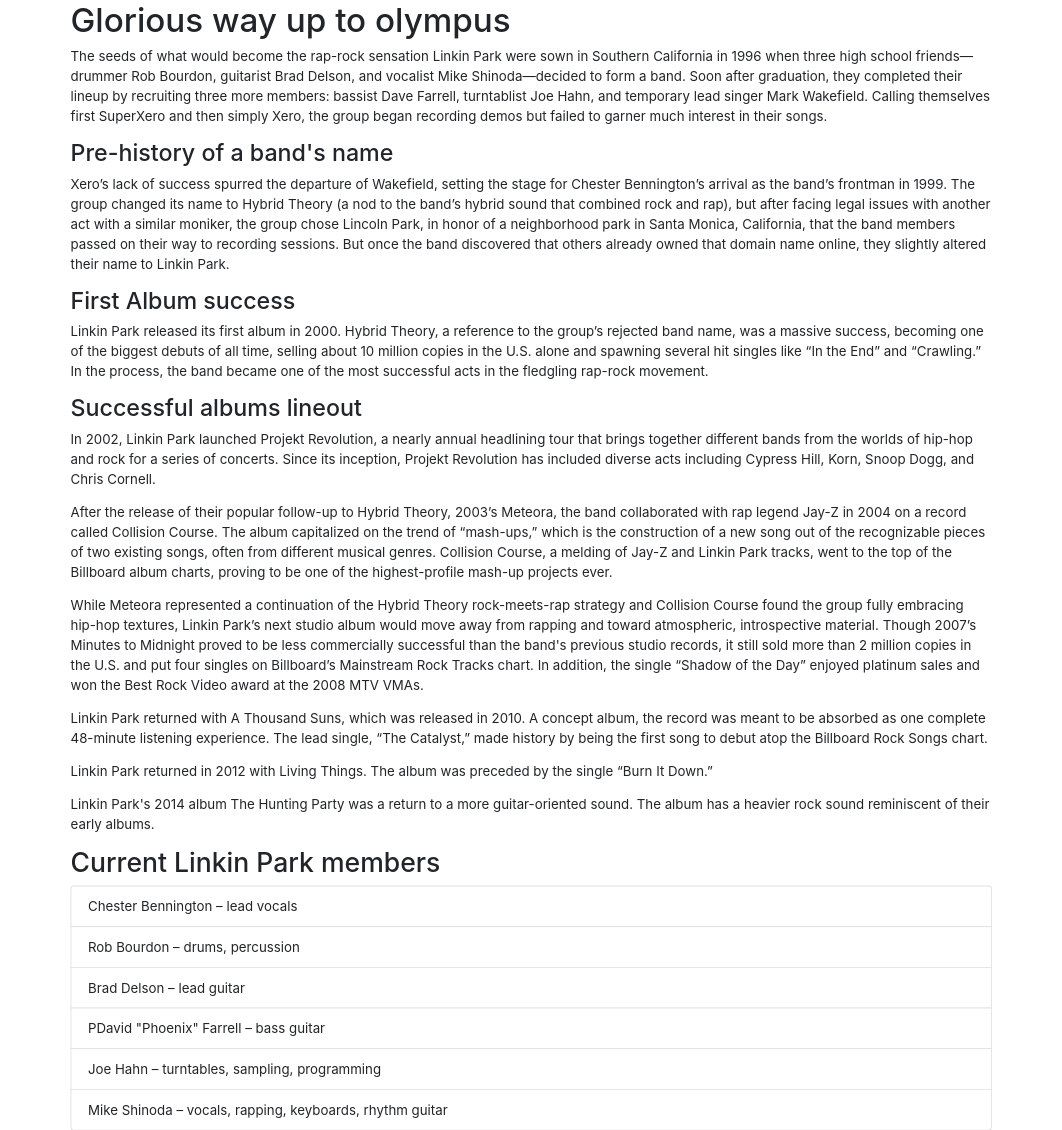
Repository: vaida898/website
Page: index.html
The author's editor kept a record of every edit. The page is drawn from the files as they stood at one moment, then again after the next edit.
The browser window is 1280 px wide. The pictures show the whole page, at 83% of full size.

Above is the page before.
Console error: TypeError: Cannot read properties of undefined (reading 'fn')

After the next edit:
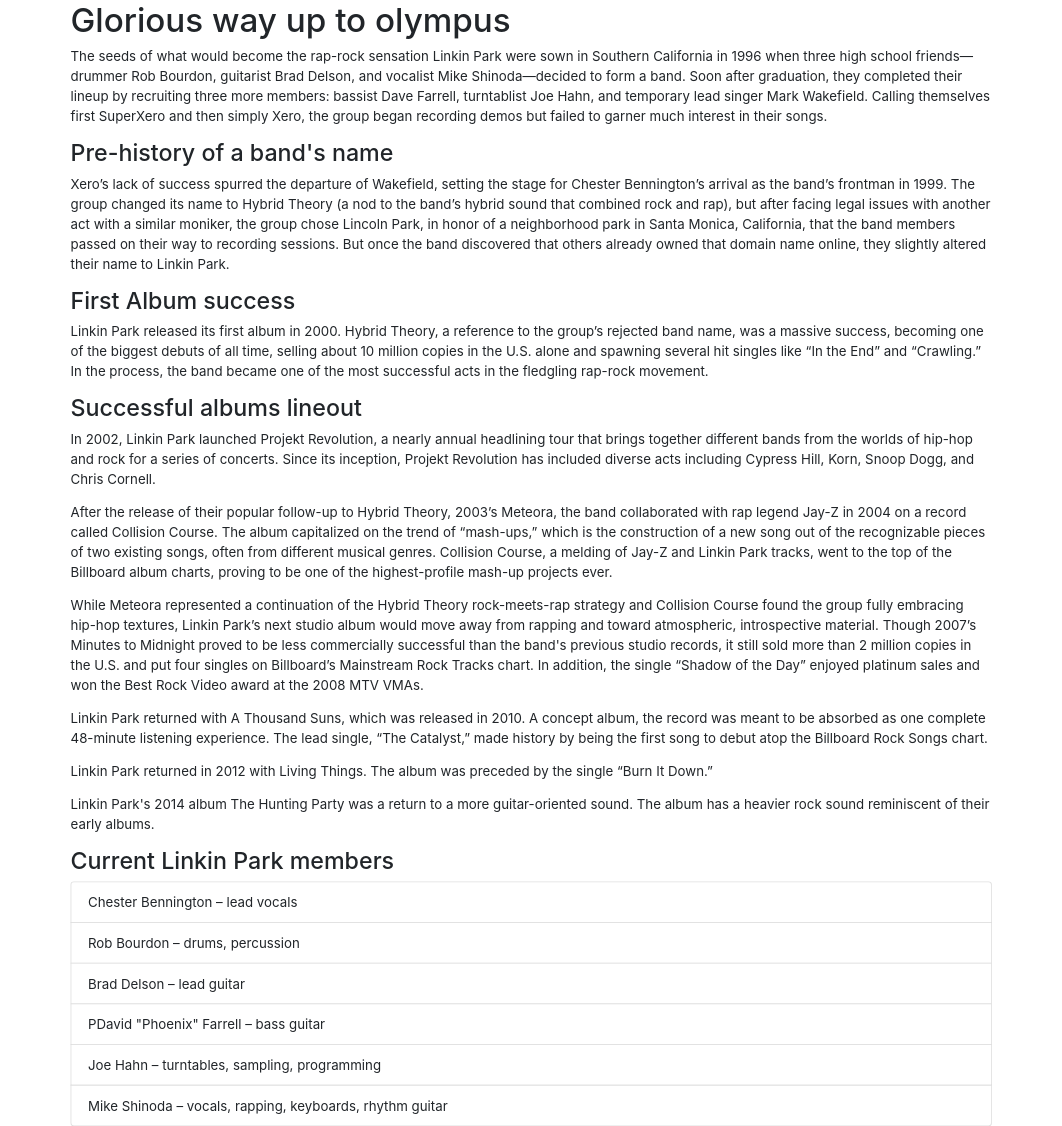
The edit:
--- a/index.html
+++ b/index.html
@@ -59,7 +59,7 @@
 
             <p>Linkin Park's 2014 album The Hunting Party was a return to a more guitar-oriented sound. The album has a heavier rock sound reminiscent of their early albums.</p>
 
-            <h2>Current Linkin Park members</h2>
+            <h3>Current Linkin Park members</h3>
                 <ul class="list-group">
                   <li class="list-group-item">Chester Bennington – lead vocals</li>
                   <li class="list-group-item">Rob Bourdon – drums, percussion</li>
